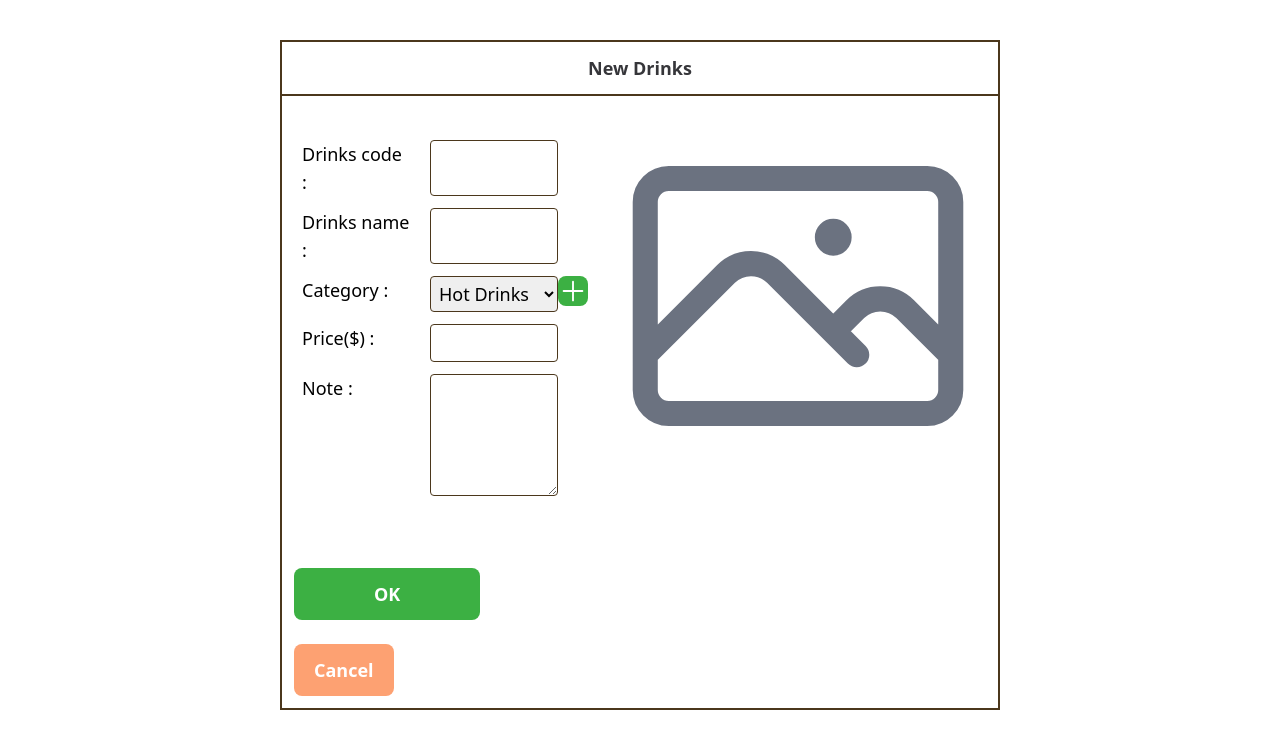
Repository: Dapravith/Midterm-SE-GIC-Cafe-Project-Group16
Page: bin/main/templates/addDrink.html
These files come from the project's save history. The page is drawn as it stood at one moment and after the next save; the edit follows.
The browser window is 1280 px wide. The pictures show the whole page.
Some web libraries are served in a nearby version.

Above is the page before, as saved 2023-05-17 08:41:16.

### bin/main/templates/addDrink.html
<!DOCTYPE html>
<html lang="en">

<head>
    <meta charset="UTF-8">
    <meta http-equiv="X-UA-Compatible" content="IE=edge">
    <meta name="viewport" content="width=device-width, initial-scale=1.0">
    <title>Add New Drink</title>
    <script src="https://cdn.tailwindcss.com"></script>
    <style>
        * {
            margin: 0;
            padding: 0;
            box-sizing: border-box;
        }

        button:hover {
            box-shadow: 0 14px 15px 0 rgba(36, 149, 198, 0.921), 0 17px 60px 0 rgba(90, 81, 81, 0.19);
        }

        .text-center {
            color: rgb(54, 54, 58);
            justify-content: center;
            font-weight: bold;
        }
    </style>
</head>

<body class="m-10 text-lg">
    <!-- CRUD PRODUCTS -->
    <div class="new_drink w-[60%] h-fit m-auto  border-[2px] border-solid border-[#4B371C] ">
        <div class="p-3 head">
            <h2 class="text-center">New Drinks</h2>
        </div>
        <div class="w-[100%] border-[1px] border-solid border-[#4B371C]"></div>
        <div class="flex">
            <div class="add_drink w-[60%]">
                <div class="py-3 ">
                    <form action="#" class="p-5 ">
                        <div class="grid grid-cols-2 mt-3">
                            <label class="mr-5" for="dcode">Drinks code :</label>
                            <input type="text" id="dcode" name="" class="p-1 border-[1px] border-solid border-[#4B371C] rounded" placeholder="">
                        </div>
                        <div class="grid grid-cols-2 mt-3">
                            <label class="mr-5" for="dname">Drinks name :</label>
                            <input type="text" id="dname" name="" class="p-1 border-[1px] border-solid border-[#4B371C] rounded" placeholder="">
                        </div>
                        <div class="grid grid-cols-2 mt-3">
                            <label class="mr-5" for="category">Category :</label>
                            <div class="flex justify-between">
                                <select type="add-item" id="category" name="" class="p-1 border-[1px] border-solid border-[#4B371C] rounded" placeholder="">
                                    <option value="1">Hot Drinks</option >
                                    <option value="2" >Cool Drinks</option >
                                    <option value="3" >Frappe</option >
                                    <option value="4" >Milk Tea</option >
                                </select>
                                <button id="add_category" class=" w-fit h-fit bg-[#3CB043] text-center text-white font-bold cursor-pointer duration-100 rounded-lg">
                                    <svg xmlns="http://www.w3.org/2000/svg" fill="none" viewBox="0 0 24 24" stroke-width="1.5" stroke="currentColor" class="w-[30px] h-[30px] " onclick="showPopup()">
                                        <path stroke-linecap="round" stroke-linejoin="round" d="M12 4.5v15m7.5-7.5h-15" />
                                    </svg>
                                </button>

                            </div>

                        </div>

                        <div class="grid grid-cols-2 mt-3">
                            <label class="mr-5" for="price">Price($) :</label>
                            <input name="" min="0" type="number" id="price" class="p-1 border-[1px] border-solid border-[#4B371C] rounded" placeholder="">
                        </div>
                        <div class="grid grid-cols-2 mt-3">
                            <label class="mr-5" for="note">Note :</label>
                            <textarea id="note" cols="50" rows="4" name="" class="p-1 w-full border-[1px] border-solid border-[#4B371C] rounded resize-x"> </textarea>
                        </div>
                    </form>
                </div>
                <br />
                <div>
                    <button class=" py-3 bg-[#3CB043] text-center text-white font-bold px-20 m-3 inline-block cursor-pointer duration-100 rounded-lg">OK</button>
                    <button class=" py-3 px-5 bg-[#FDA172] text-center text-white  font-bold p-3 m-3 inline-block cursor-pointer duration-100 rounded-lg">Cancel</button>
                </div>
            </div>
            <!-- images -->
            <div class="ml-5 img">
                <form action="#">
                    <input id="file-input" type="file" name="file" hidden accept="image/*">
                    <label for="file-input" class="cursor-pointer">
                        <div id="image-preview" class="w-[400px] h-fit p-3 border-[#4B371C]">
                            <svg xmlns="http://www.w3.org/2000/svg" fill="none" viewBox="0 0 24 24" stroke-width="1.6" stroke="currentColor" class="w-full h-full text-gray-500">
                                <path stroke-linecap="round" stroke-linejoin="round" d="M2.25 15.75l5.159-5.159a2.25 2.25 0 013.182 0l5.159 5.159m-1.5-1.5l1.409-1.409a2.25 2.25 0 013.182 0l2.909 2.909m-18 3.75h16.5a1.5 1.5 0 001.5-1.5V6a1.5 1.5 0 00-1.5-1.5H3.75A1.5 1.5 0 002.25 6v12a1.5 1.5 0 001.5 1.5zm10.5-11.25h.008v.008h-.008V8.25zm.375 0a.375.375 0 11-.75 0 .375.375 0 01.75 0z" />
                            </svg>
                        </div>
                    </label>
                </form>
            </div>
        </div>
    </div>
    </div>
    </div>
    </div>
    <!-- ADD NEW CATEGORY -->
    <div class="popup w-[100vw] h-[100vh] absolute top-[0] left-[0] bg-[#f1f1f199] hidden z-[100]">
        <main class="w-[20rem] absolute top-[50%] left-[50%] translate-x-[-50%] translate-y-[-50%]">
            <div class="none w-full h-fit m-auto  border-[2px] border-solid border-[#4B371C]">
                <div class="p-3 head">
                    <h2 class="text-center">New Category</h2>
                </div>
                <div class="w-[100%] border-[1px] border-solid border-[#4B371C]"></div>
                <div class="">
                    <form action="#" class="p-3 add_category">
                        <div class="grid grid-cols-2 mt-3">
                            <label for="gcode">Category code :</label>
                            <input type="text" id="dcode" name="" class="category_code border-[1px] border-solid border-[#4B371C] rounded" placeholder="" required>
                        </div>
                        <div class="grid grid-cols-2 mt-3">
                            <label for="gname">Category name :</label>
                            <input type="text" id="gname" name="" class="category_name border-[1px] border-solid border-[#4B371C] rounded" placeholder="" required>
                        </div>
                        <br />
                        <div class="flex">
                            <input id="okay" type="submit" value="OK" class=" py-3 bg-[#3CB043] text-center font-bold text-white px-16 in m-3 p-3 line-block cursor-pointer duration-100 rounded-lg">
                            <button class="cancel py-3 px-5 bg-[#FDA172] text-center font-bold text-white p-3 m-3 inline-block cursor-pointer duration-100 rounded-lg">Cancel</button>
                        </div>
                    </form>
                </div>
            </div>
        </main>

    </div>
    <script>
        const addNewCat = document.getElementById("add_category");
        const popup = document.querySelector(".popup");
        const form_add_category = document.querySelector(".add_category");
        const imagePreview = document.getElementById("image-preview");
        const fileInput = document.getElementById("file-input");

        addNewCat.addEventListener("click", showPopup);

        function showPopup() {
            popup.classList.remove("hidden");
        }

        form_add_category.addEventListener("submit", () => {
            clear();
            popup.classList.add("hidden");
        });

        document.querySelector(".cancel").addEventListener("click", () => {
            clear();
            popup.classList.add("hidden");
        });

        popup.addEventListener("click", (e) => {
            const target = e.target;

            if (target.classList.contains("popup")) {
                clear();
                popup.classList.add("hidden");
            }
        });

        function readImage(input) {
            if (input.files && input.files[0]) {
                const reader = new FileReader();

                reader.onload = function(e) {
                    const fileName = input.files[0].name;

                    imagePreview.innerHTML = `
                  <div class="image-container">
                    <img src="${e.target.result}" alt="Category Image">
                    <p class="image-name">${fileName}</p>
                    <button class="flex inline-flex items-center px-4 py-2 text-sm font-medium text-white bg-red-700 rounded-md item-center hover:bg-red-900">
                        <svg xmlns="http://www.w3.org/2000/svg" class="w-5 h-5 mr-2" fill="none" viewBox="0 0 24 24" stroke="currentColor">
                          <path stroke-linecap="round" stroke-linejoin="round" stroke-width="2" d="M19 7l-.867 12.142A2 2 0 0116.138 21H7.862a2 2 0 01-1.995-1.858L5 7m5 4v6m4-6v6m1-10V4a1 1 0 00-1-1h-4a1 1 0 00-1 1v3M4 7h16" />
                        </svg>

                        Delete
                      </button>
                  </div>
                `;

                    const deleteButton = imagePreview.querySelector(".delete-image");
                    deleteButton.addEventListener("click", () => {
                        clearImagePreview();
                    });
                };

                reader.readAsDataURL(input.files[0]);
            }
        }



        fileInput.addEventListener("change", function() {
            readImage(this);
        });

        function clear() {
            document.getElementById("dcode").value = "";
            document.getElementById("gname").value = "";
            fileInput.value = "";
            clearImagePreview();
        }

        function clearImagePreview() {
            const imageContainer = document.querySelector(".image-container");
            if (imageContainer) {
                imageContainer.remove();
            }
        }
    </script>
</body>

</html>

After the next save:
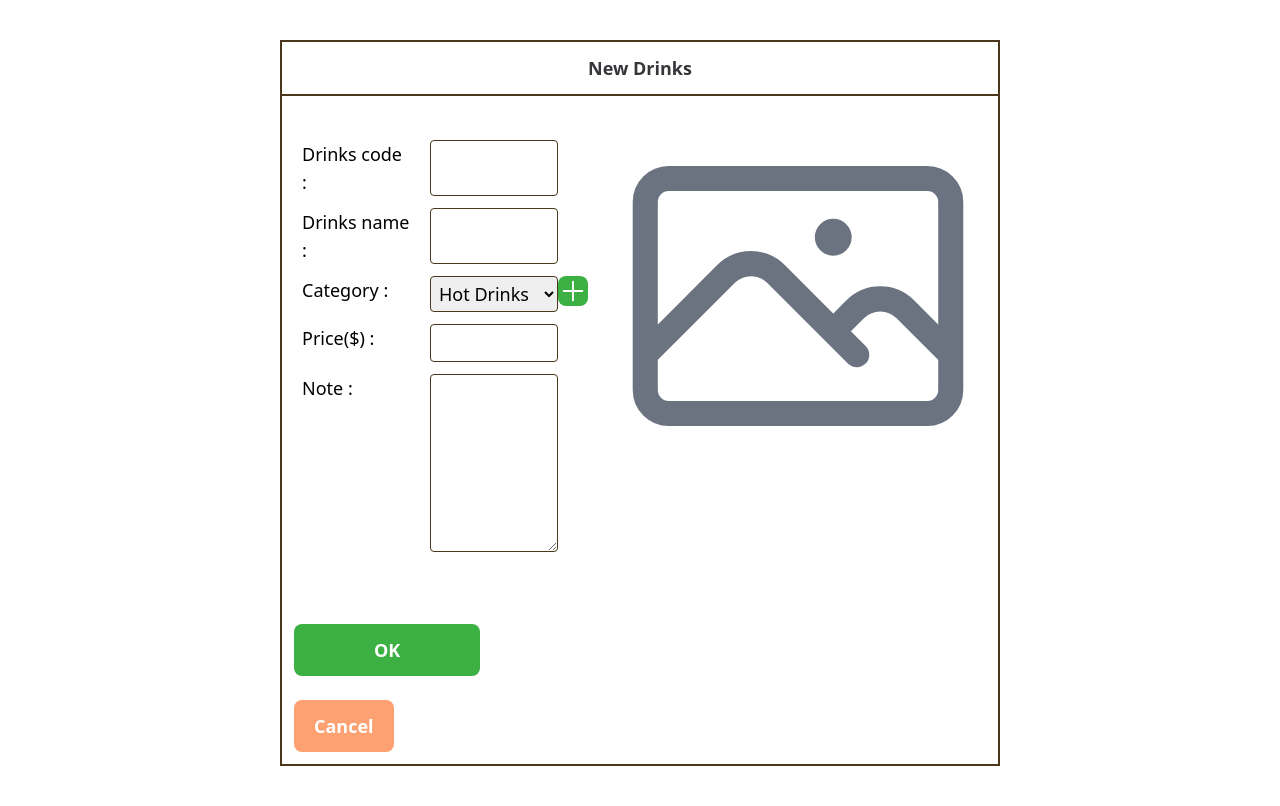
Saved 12 s later.
--- a/bin/main/templates/addDrink.html
+++ b/bin/main/templates/addDrink.html
@@ -70,7 +70,7 @@
                         </div>
                         <div class="grid grid-cols-2 mt-3">
                             <label class="mr-5" for="note">Note :</label>
-                            <textarea id="note" cols="50" rows="4" name="" class="p-1 w-full border-[1px] border-solid border-[#4B371C] rounded resize-x"> </textarea>
+                            <textarea id="note" cols="50" rows="6" name="" class="p-1 w-full border-[1px] border-solid border-[#4B371C] rounded resize-x"> </textarea>
                         </div>
                     </form>
                 </div>
